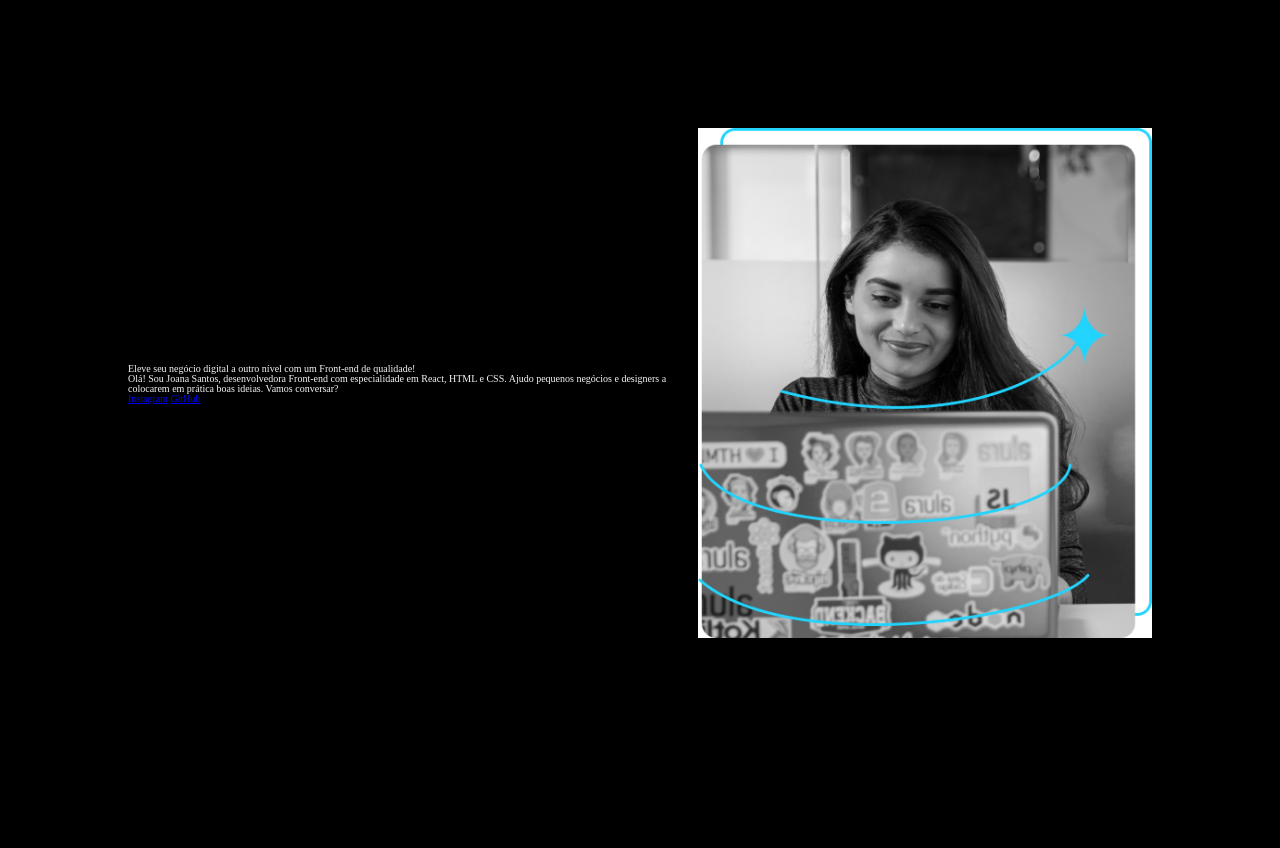
Repository: joaoPraiaJunior/html-basico
Page: index.html
An editor plug-in stored every save of this project. The page is shown before and after the next save, followed by the edit.
The browser window is 1280 px wide. The pictures show the whole page.

Above is the page before, as saved 2024-06-01 18:13:51.

After the next save:
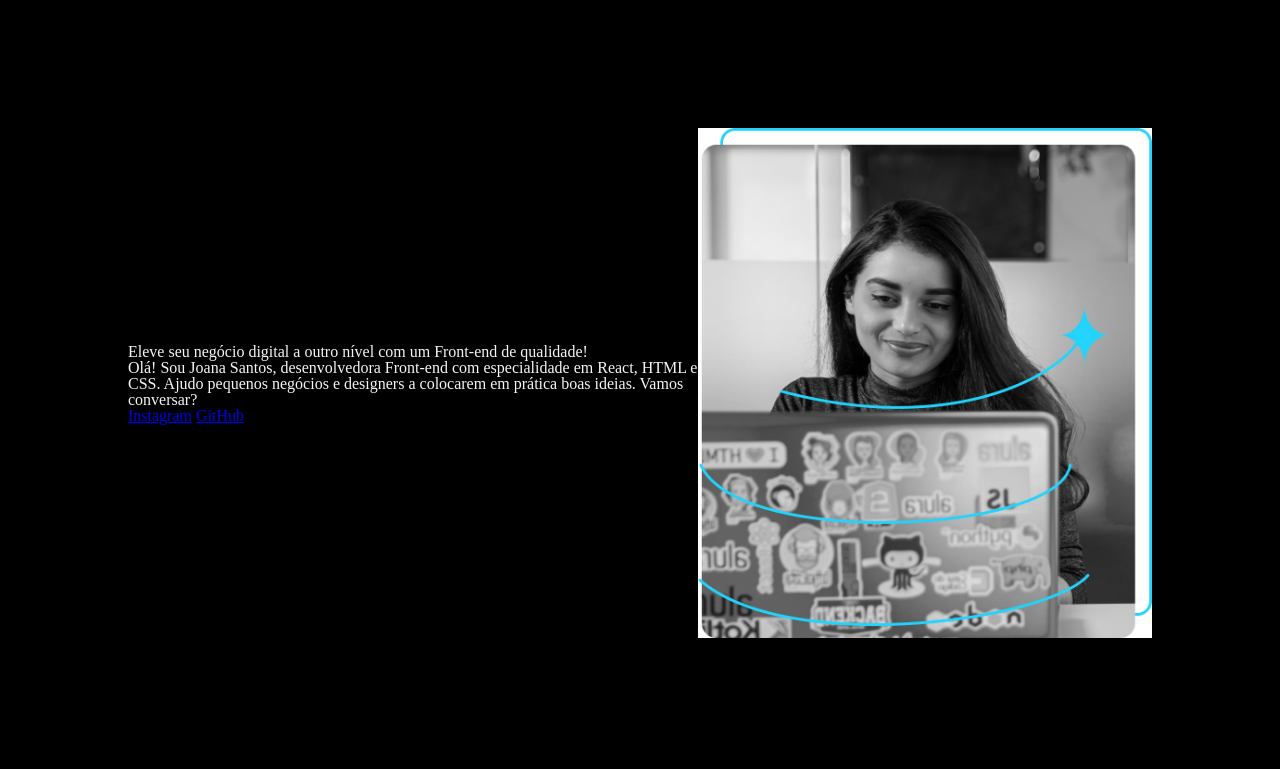
Saved 11 s later.
--- a/css/style.css
+++ b/css/style.css
@@ -1,7 +1,7 @@
 body {
   color: #f6f6f6;
   background-color: #000;
-  font-size: 62.5%;
+  font-size: 16px
   height: 100vh;
 }
 
